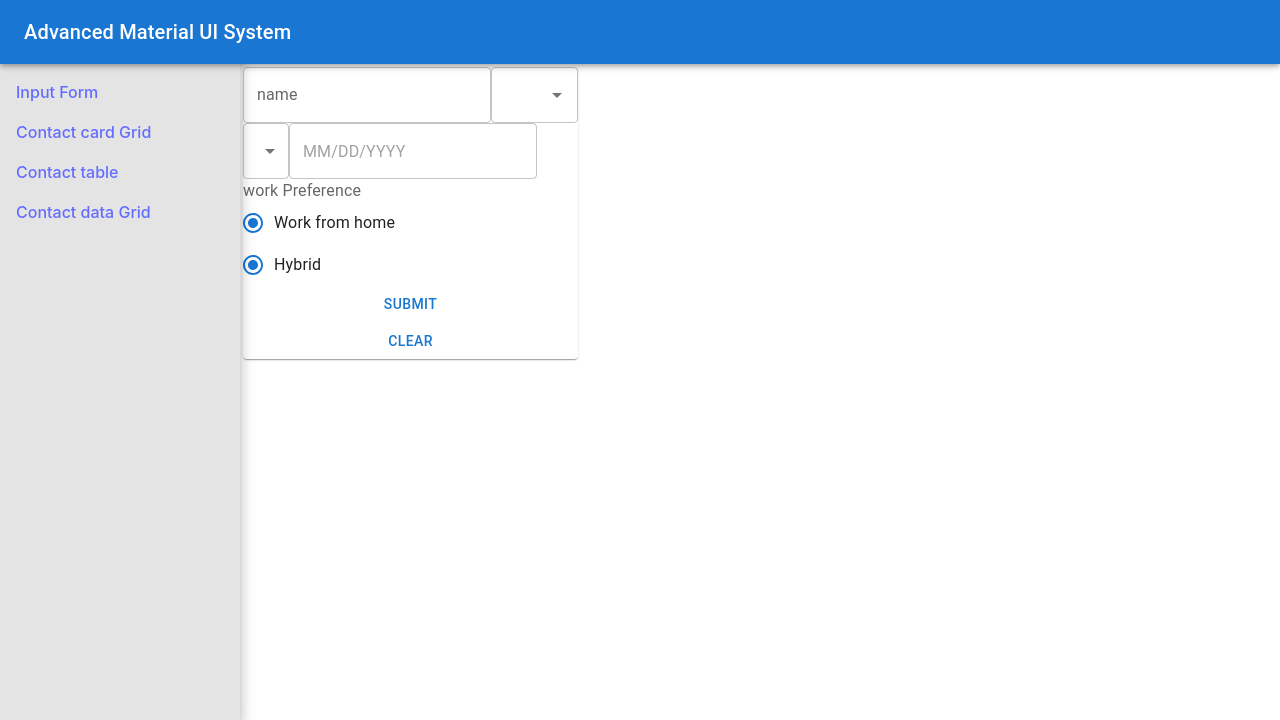
Repository: knowledgeAlan/react-mui
Page: /
These files come from the project's save history. The page is drawn as it stood at one moment and after a run of saves; the edit follows.
The browser window is 1280 px wide. The pictures show the whole page.
The project was rebuilt for these pictures with package versions that can differ from the ones it lists, and the page was loaded fresh each time. Also part of the build but not shown: vite.config.ts, src/components/grid/ContactCardGrid.tsx, src/components/DataGrid/ContactDataGrid.tsx, src/components/table/ContactTable.tsx.

Above is the page before, as saved 2025-01-22 18:10:22.

### src/App.tsx
import { useState } from 'react'
import reactLogo from './assets/react.svg'
import viteLogo from '/vite.svg'
import './App.css'
import NavDrawer from './components/Scaffold/NaviDrawer'

function App() {


  return (
    <>
      <NavDrawer/>
    </>
  )
}

export default App

### src/App.css
#root {
  max-width: 1280px;
  /* margin: 0 auto; */
  /* padding: 2rem; */
  /* text-align: center; */
}

.logo {
  height: 6em;
  padding: 1.5em;
  will-change: filter;
  transition: filter 300ms;
}
.logo:hover {
  filter: drop-shadow(0 0 2em #646cffaa);
}
.logo.react:hover {
  filter: drop-shadow(0 0 2em #61dafbaa);
}

@keyframes logo-spin {
  from {
    transform: rotate(0deg);
  }
  to {
    transform: rotate(360deg);
  }
}

@media (prefers-reduced-motion: no-preference) {
  a:nth-of-type(2) .logo {
    animation: logo-spin infinite 20s linear;
  }
}

.card {
  padding: 2em;
}

.read-the-docs {
  color: #888;
}

### src/components/Scaffold/NaviDrawer.tsx
import { AppBar,Drawer, Toolbar, Typography,List,ListItem } from "@mui/material"
import {BrowserRouter,Link,Routes,Route} from "react-router-dom"
import ContactForm from "../Form/ContactForm"
import ContactCardGrid from "../grid/ContactCardGrid"
import ContactDataGrid from  "../DataGrid/ContactDataGrid"
import ContactTable from "../table/ContactTable"
import { useTheme,Theme } from "@mui/material"

const drawerWidth = 240;

const themeStyles = (theme: Theme) => {
    return {
        appBar: {
            zIndex: theme.zIndex.drawer + 1,
        }
    }
}

const simpleStyles = {
    drawer: {
        width: drawerWidth,
        // backgroundColor:'green',
        "& .MuiModal-backdrop":{
            display:"none"
        }
    },

    drawerPaper: {
        width: drawerWidth,
        backgroundColor: "rgba(120,120,120,0.2)"
    },
    content: {
        marginLeft: drawerWidth,
        padding: 3,
        // backgroundColor: "red",
    }
}

export default function NavDrawer(){

    const theme = useTheme();
    return (
    <BrowserRouter>
    <>

        <AppBar position="fixed"  sx={themeStyles(theme).appBar}>

            <Toolbar>
                <Typography variant="h6" noWrap>
                    Advanced Material UI System
                </Typography>
            </Toolbar>
        </AppBar>

        <Drawer
        disableAutoFocus
        variant="temporary" open={true} sx={simpleStyles.drawer} PaperProps={{
            sx: simpleStyles.drawerPaper,
            elevation:9,
        }}>
 <Toolbar/>
            <List>
                {[{text: "Input Form",route:"/form"},{text: "Contact card  Grid",route:"/grid"},
                {text: "Contact table",route:"/table"},
                {text: "Contact data  Grid",route:"/datagrid"}].map((nav,index) =>(
                    <ListItem key={nav.text}><Link to={nav.route}>{nav.text}</Link></ListItem>
                ))}
            </List>
        </Drawer>
        <main style={simpleStyles.content}>
            <Toolbar/>
            <Routes>
            <Route path={"/"} element={<ContactForm/>} />
                <Route path={"/form"} element={<ContactForm/>} />
                <Route path={"/grid"} element={<ContactCardGrid/>} />
                <Route path={"/table"} element={<ContactTable/>} />
                <Route path={"/datagrid"} element={<ContactDataGrid/>} />
            </Routes>
        </main>
    </>
    </BrowserRouter>
    )
}

### src/components/Form/ContactForm.tsx

import {Paper,FormControl,FormGroup,Autocomplete,TextField,Select, Stack,MenuItem,ListItemText,
    FormLabel, Button, RadioGroup, FormControlLabel,Radio} from "@mui/material"
import { DesktopDatePicker, LocalizationProvider,DatePicker } from "@mui/x-date-pickers"
import {AdapterDayjs} from "@mui/x-date-pickers/AdapterDayjs"
const roles = ["UI","Kitchen","mouse"]
const skills = ["software","Architect","Designer","Business analyst"]
export default function ContactForm(){

    return (
        <Paper>
            <form>
                <FormControl>
                    <FormGroup row>
                        <TextField
                            id="name"
                            name="name"
                            label="name"
                            variant="outlined"
                        />

                        <Autocomplete
                            options={roles}
                            renderInput={ (params)=>{
                                return (
                                    <TextField name="role" {...params} />
                                )
                            }}

                            getOptionLabel={(roleOption)=>`${roleOption}`}

                            renderOption={(props,option)=>{
                                return (
                                    <li {...props}>
                                        {`${option}`}
                                    </li>
                                )
                            }}
                        />
                    </FormGroup>
                    <FormGroup row>
                            <Select id="skill-select"
                                renderValue={(select:string[])=>select.join(',') }
                            >
                                {skills.map((skillName)=>{
                                    return (
                                        <MenuItem vocab={skillName} key={skillName}>
                                            <ListItemText primary={skillName}/>
                                        </MenuItem>
                                    )
                                })}
                            </Select>

                            <LocalizationProvider dateAdapter={AdapterDayjs}>
                                 <DatePicker
                                    onChange={()=>{

                                    }}
                                 />

                            </LocalizationProvider>
                    </FormGroup>


                    <FormGroup>
                        <FormLabel component="legend">
                                    work Preference
                        </FormLabel>

                        <RadioGroup
                            id="Peference-type-radio"
                            name="preference"
                        >
                            <FormControlLabel
                                control={<Radio/>}
                                label="Work from home"
                            />

                            <FormControlLabel
                                control={<Radio/>}
                                label="Hybrid"

                            />
                        </RadioGroup>
                    </FormGroup>

                    <Stack>
                        <Button>Submit</Button>
                        <Button>Clear</Button>
                    </Stack>
                </FormControl>
            </form>
        </Paper>
    )
}

Loaded but not shown: index.html (common file); src/main.tsx (common file); src/index.css (common file)

After the next 2 saves:
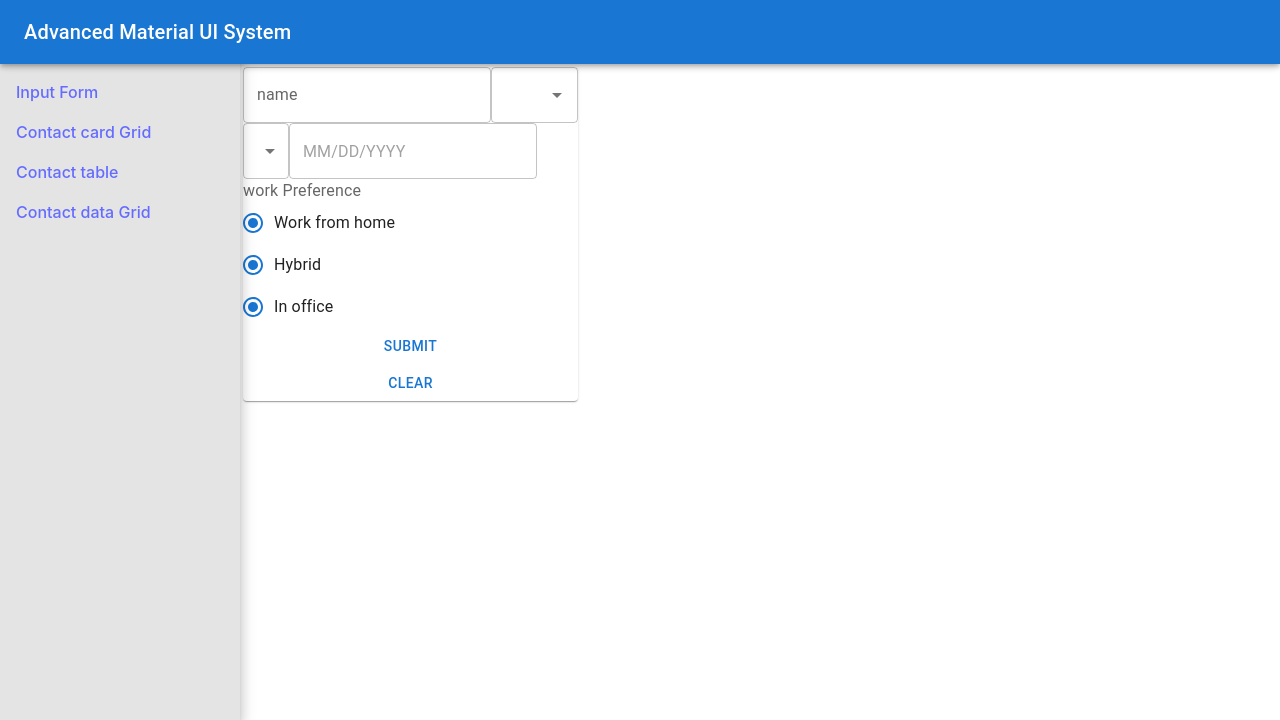
The 2 saves are shown as one change because they came seconds apart.
The last was saved 9 s later.
--- a/src/components/Form/ContactForm.tsx
+++ b/src/components/Form/ContactForm.tsx
@@ -79,7 +79,10 @@ export default function ContactForm(){
                             <FormControlLabel
                                 control={<Radio/>}
                                 label="Hybrid"
-
+                            />
+                             <FormControlLabel
+                                control={<Radio/>}
+                                label="In office"
                             />
                         </RadioGroup>
                     </FormGroup>
